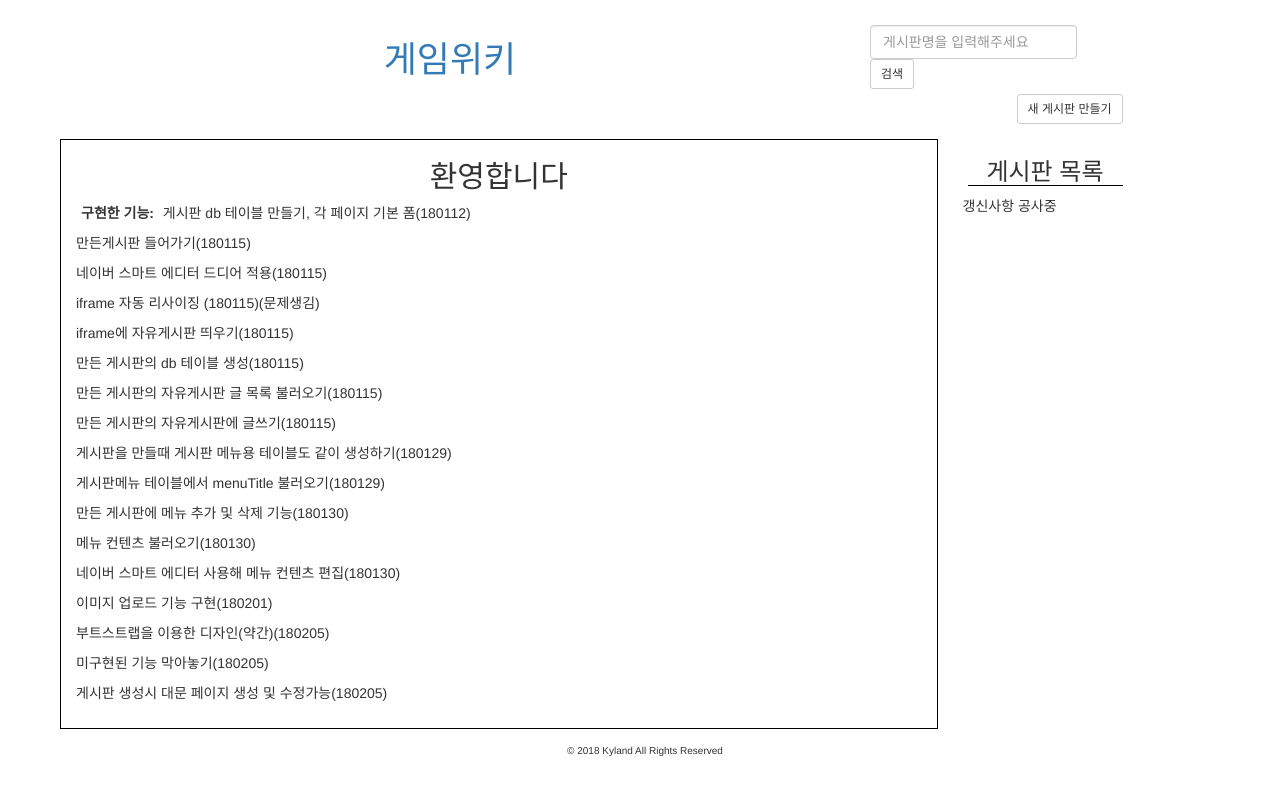
Repository: sithslord/GameWiki
Page: http://localhost/JSPBoard/MainPage/Main.jsp
The author's editor kept a copy of each file at every save. The page is drawn from the files as they stood at one save, then again after the next save.
The browser window is 1280 px wide. The pictures show the whole page.
An inner scrolling area shows only its first screen. The page is served by Tomcat 9.

Above is the page before, as saved 2018-02-05 08:42:56.
Console error (its wording comes from the project's code and is left out).

After the next save:
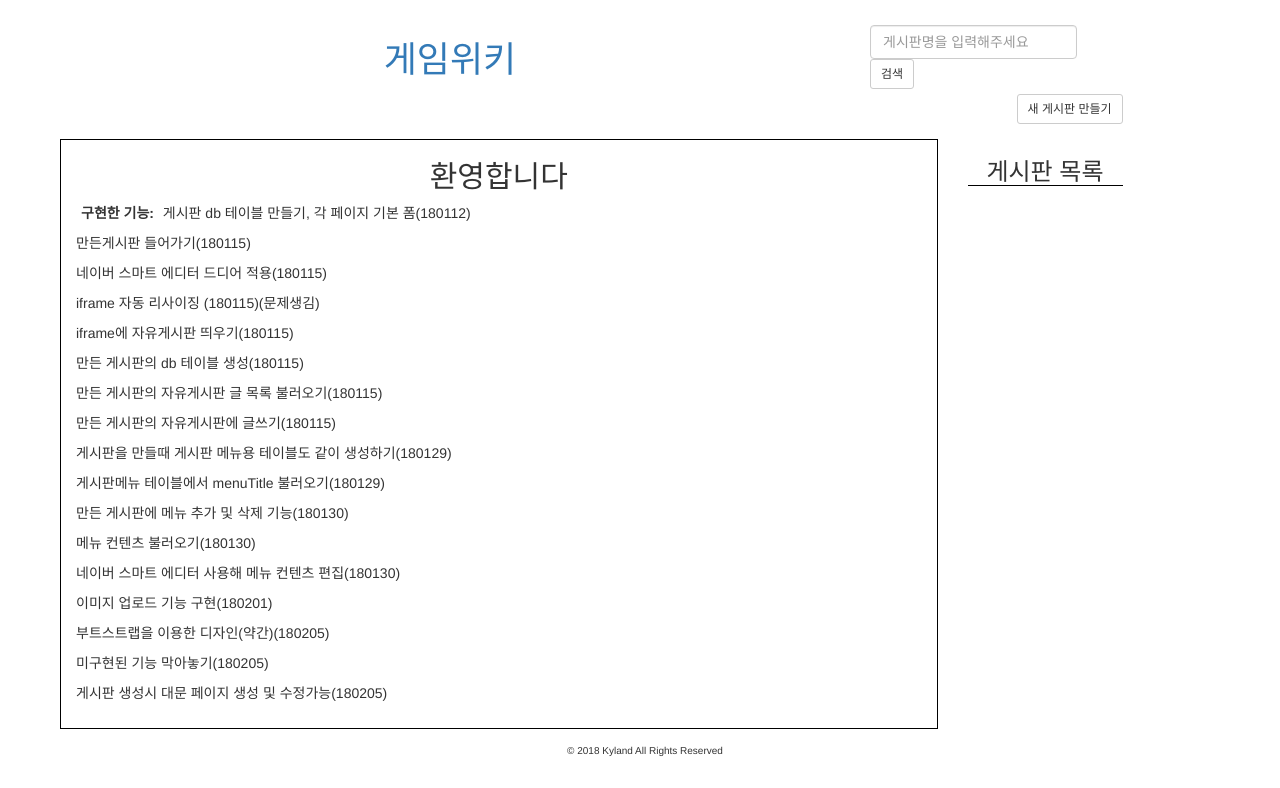
Saved 32 s later.
--- a/ReWork/JSPBoard/WebContent/MainPage/Main.jsp
+++ b/ReWork/JSPBoard/WebContent/MainPage/Main.jsp
@@ -137,7 +137,6 @@ hover {
 				</p>
 			</c:forEach>
 
-			<p>갱신사항 공사중</p>
 		</div>
 	</div>
 
